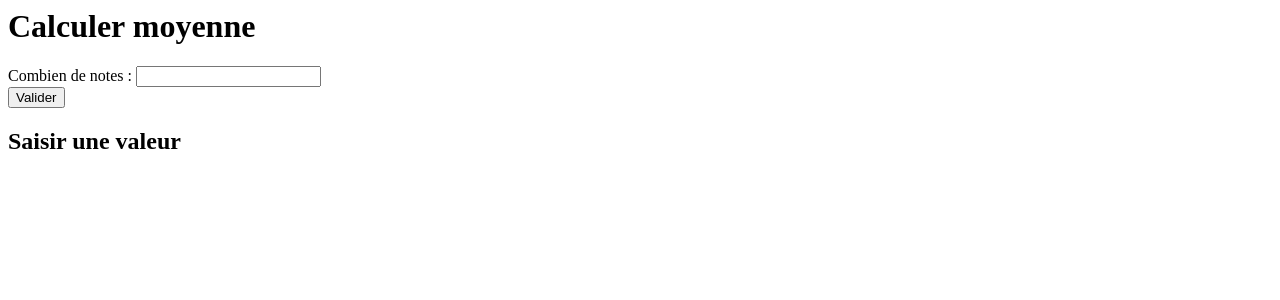
Repository: Michelhof1978/php
Page: http://localhost/calculMoyenne.php
An editor plug-in stored every save of this project. The page is shown before and after the next save, followed by the edit.
The browser window is 1280 px wide. The pictures show the whole page.
The page is run by PHP 8.4 with error messages shown; the project is at /var/www/html/.

Above is the page before, as saved 2022-07-29 14:03:05.

After the next save:
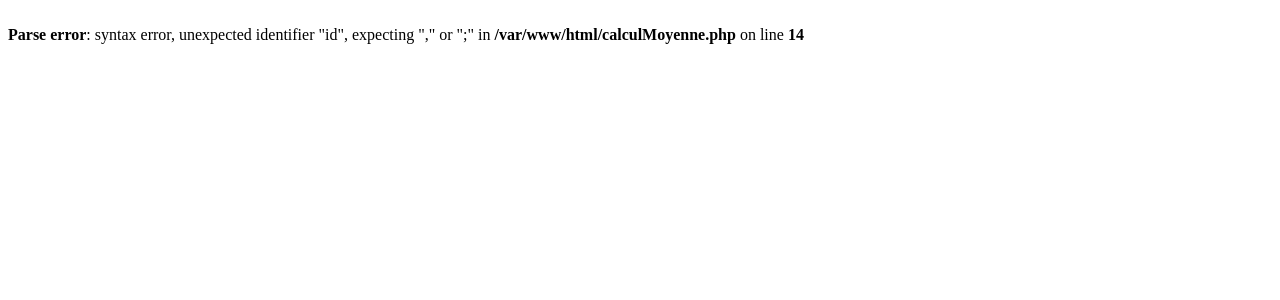
Saved 6 s later.
--- a/calculMoyenne.php
+++ b/calculMoyenne.php
@@ -11,7 +11,7 @@
     $nbNotes = $_POST['nb'];
     for($i = 1; $i <= $nbNotes ; $i++){
         echo"<label for=\"nb\"> Note . $i  .  :</label>" ;//Pour générer un input, si on tape 5, 5 inputs s'afficheront//Bien mettre \ quand  guillemet à l'intérieur car risque conflits// Note . $i = pour chiffrer de 1 à nb saisi les inputs en partant de 1($i)
-        echo "<input type=\"number\" name=\"note\" id=\"nb\" required><br/>";//Suite code pour générer input
+        echo "<input type=\"number\" name=\"note" id=\"nb\" required><br/>";//Suite code pour générer input
      }
     }else {
         echo"<h2>Saisir une valeur</h2>";
